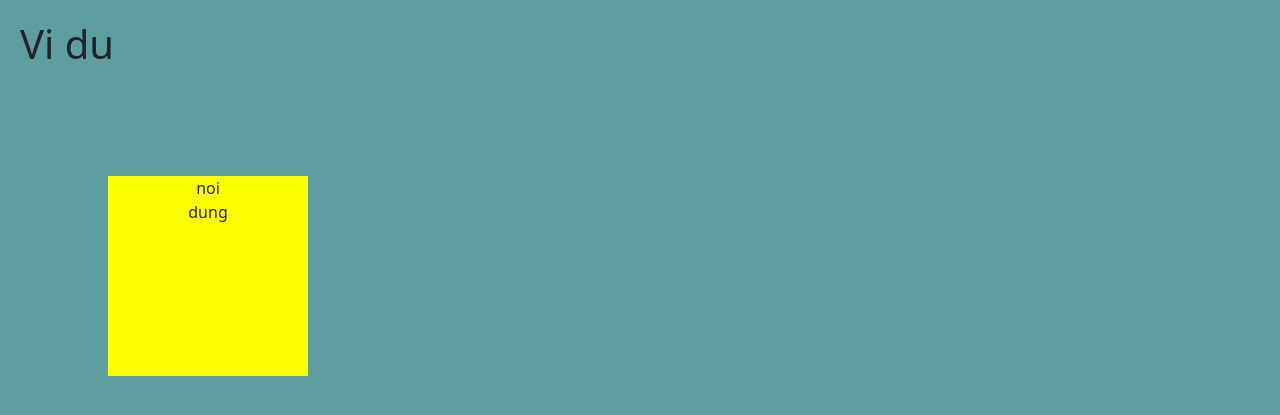
Repository: thanhp6868/ltWeb
Page: 0410/1/1.html
An editor plug-in stored every save of this project. The page is shown before and after the next save, followed by the edit.
The browser window is 1280 px wide. The pictures show the whole page.
The pointer rests on the first visible `#vidu_transition`.

Above is the page before, as saved 2023-10-04 14:17:52.

After the next save:
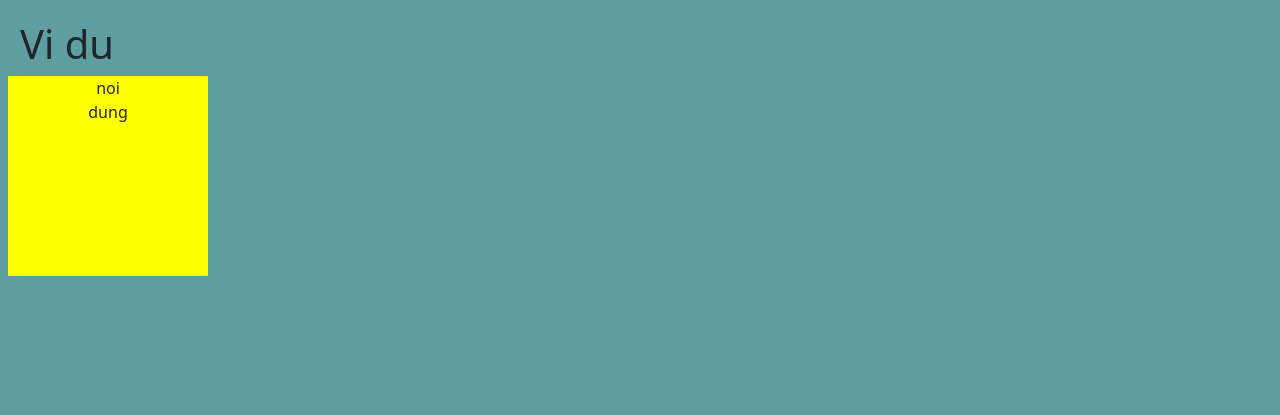
Saved 2 min 22 s later.
--- a/0410/1/style1.css
+++ b/0410/1/style1.css
@@ -6,7 +6,7 @@
 
 }
 #vidu_transition:hover{
-        transform: translate(100px, 100px);
+
         height: 200px;
         width: 200px;
         background-color: yellow;
